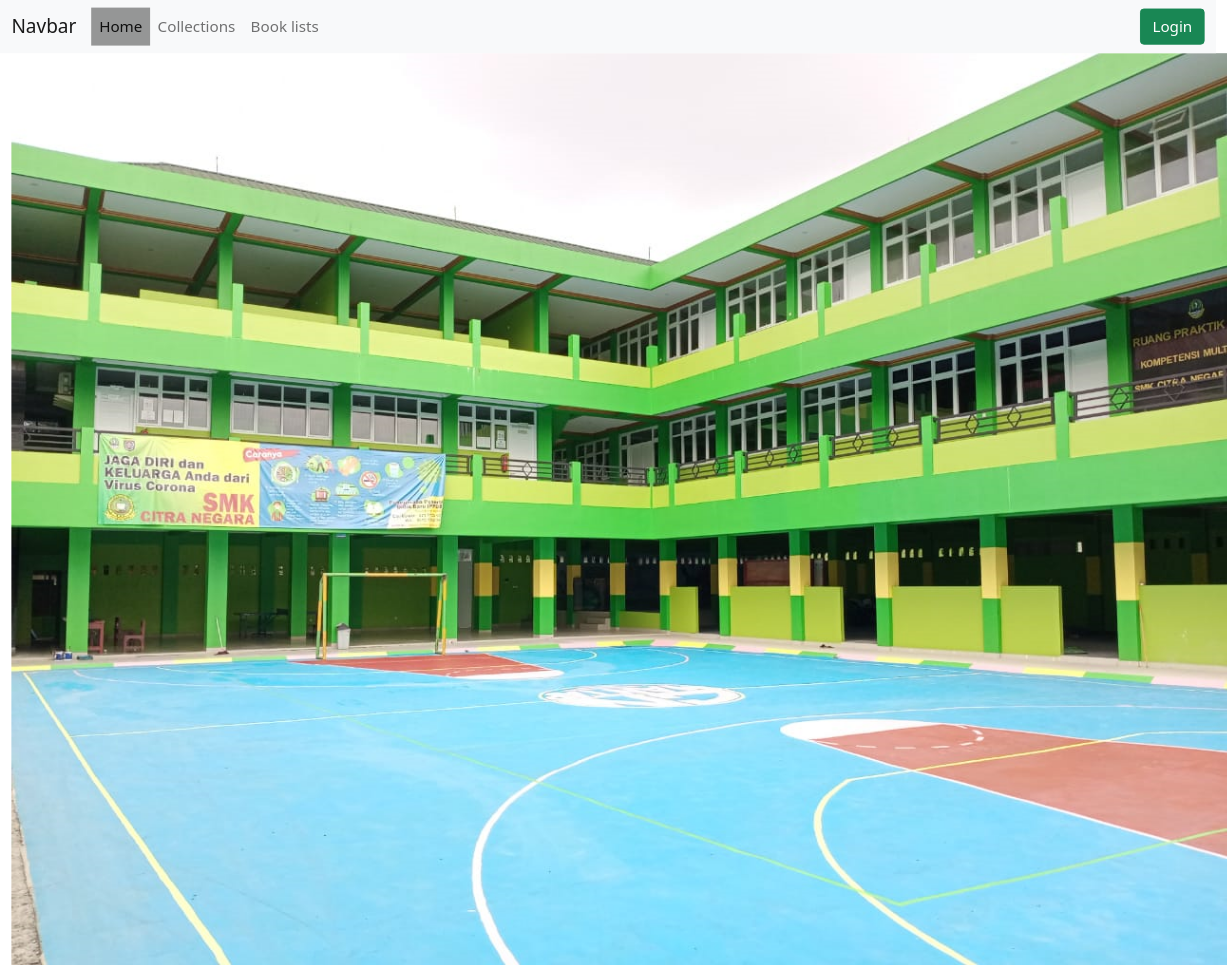
Repository: humanrizki/app-perpus-laravel-8
Page: http://localhost/home
These files come from the project's save history. The page is drawn as it stood at one moment and after the next save; the edit follows.
The browser window is 1280 px wide. The page is 1292 px wide, then 1280 px, so the pictures cover 1292 px, including what lies to the right of the window. The pictures show the whole page, at 95% of full size.
Some web libraries are served in a nearby version. The page is served by the project's Laravel application, run on PHP 8.4 with Laravel 8.

Above is the page before, as saved 2021-11-25 11:44:34.

After the next save:
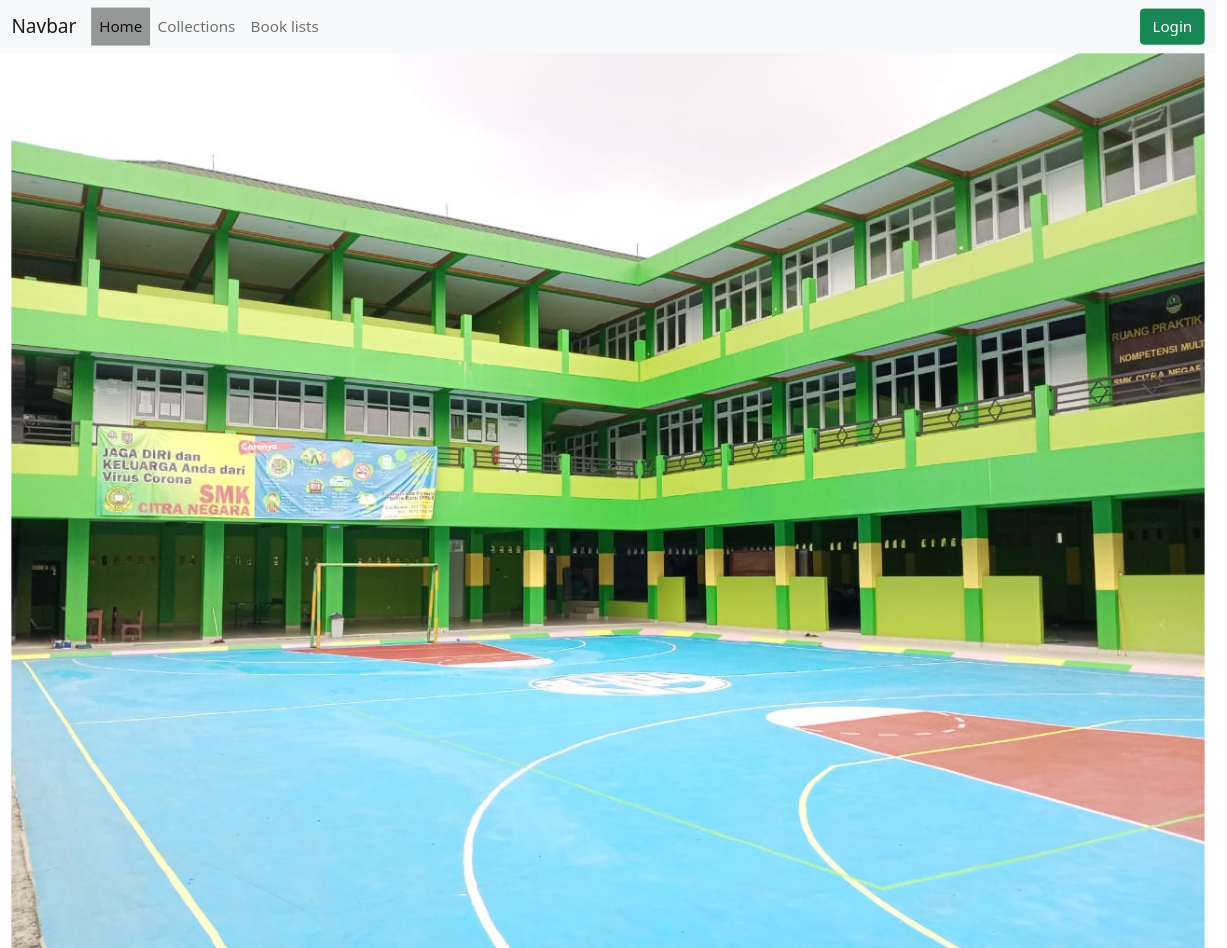
Saved 34 s later.
--- a/resources/views/homeTemplate.blade.php
+++ b/resources/views/homeTemplate.blade.php
@@ -1,6 +1,6 @@
 @extends('layouts.capp')
 @section('content')
     <div class="container-fluid">
-        <img src="img/cn.png" alt="">
+        <img src="img/cn.png" alt="" class="w-100">
     </div>
 @endsection
